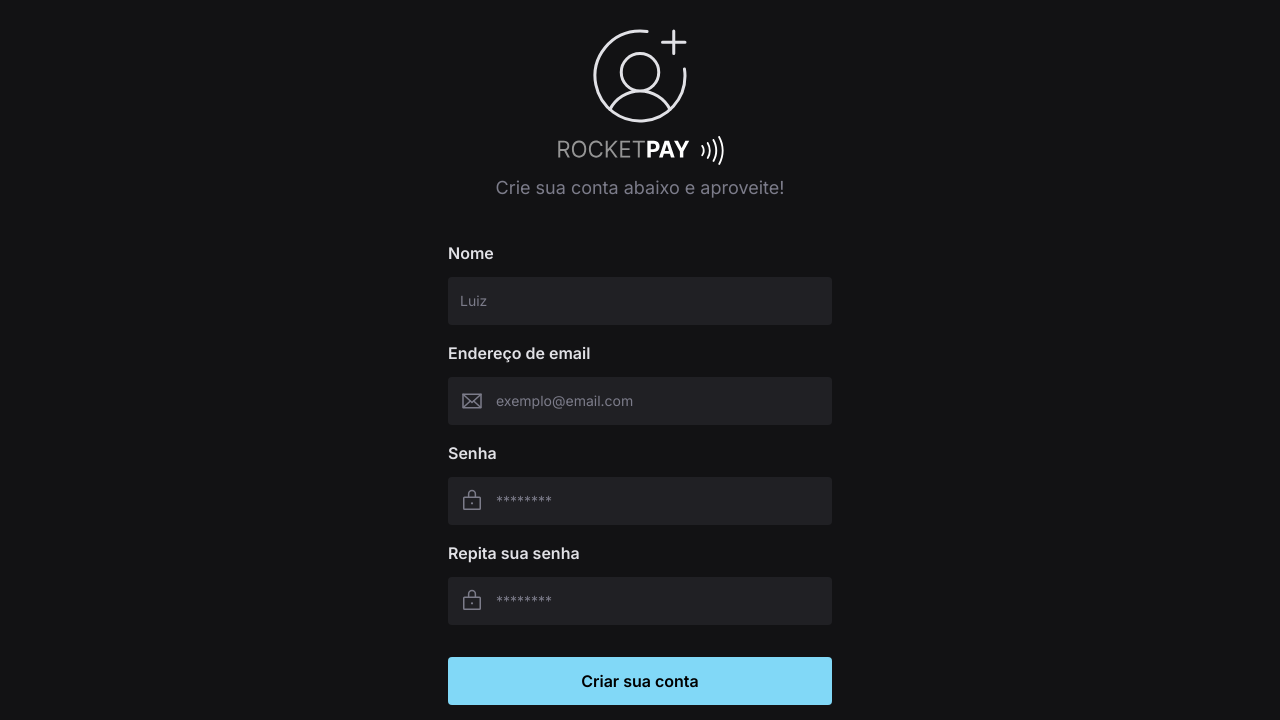
Repository: LuizAGDomingues/CreditCard-with-login
Page: /createLogin
These files come from the project's save history. The page is drawn as it stood at one moment and after the next save; the edit follows.
The browser window is 1280 px wide. The pictures show the whole page.
The project was rebuilt for these pictures with package versions that can differ from the ones it lists, and the page was loaded fresh each time. Also part of the build but not shown: vite.config.ts, src/components/Checkbox.tsx, src/components/LogoSignIn.tsx, src/pages/SignIn.tsx.

Above is the page before, as saved 2022-10-25 16:18:19.

After the next save:
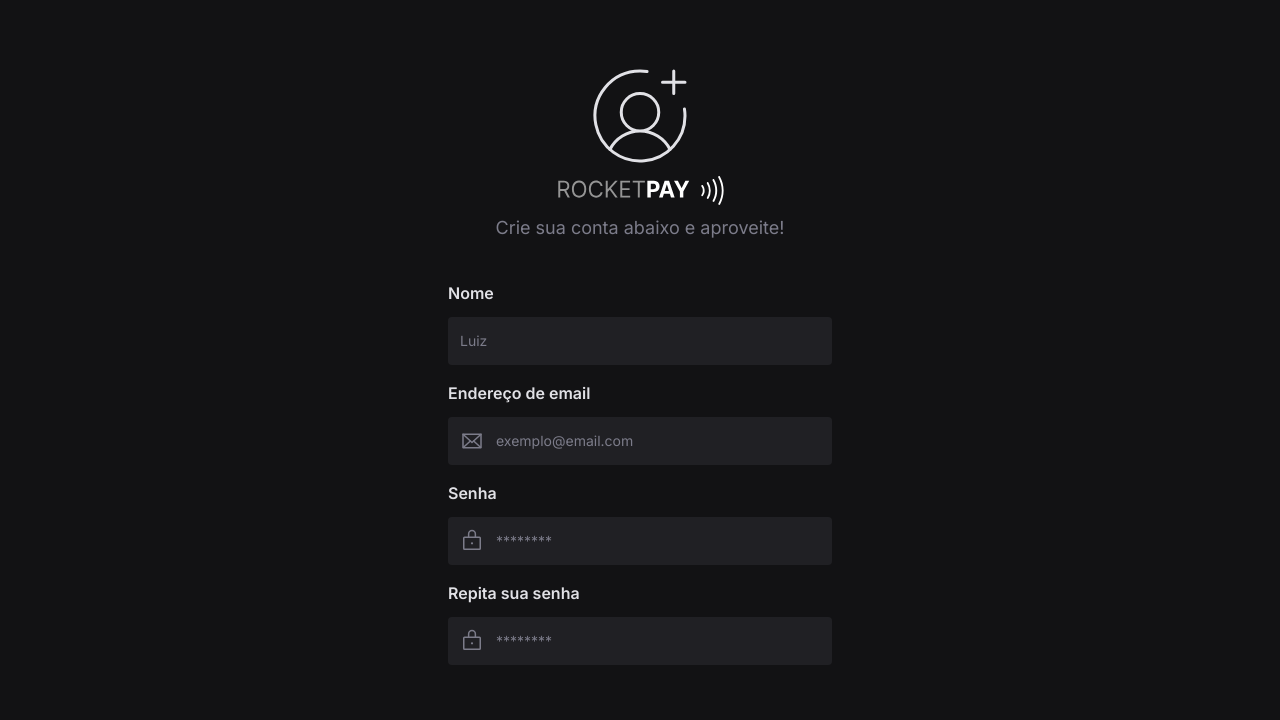
Saved 21 min 43 s later.
--- a/src/pages/CreateLogin.tsx
+++ b/src/pages/CreateLogin.tsx
@@ -64,7 +64,7 @@
         </label>
         <Dialog.Root>
           <Dialog.Trigger asChild className='mt-4'>
-            <Button type='submit'>Criar sua conta</Button>
+
           </Dialog.Trigger>
           <Dialog.Portal>
             <Dialog.Overlay>
